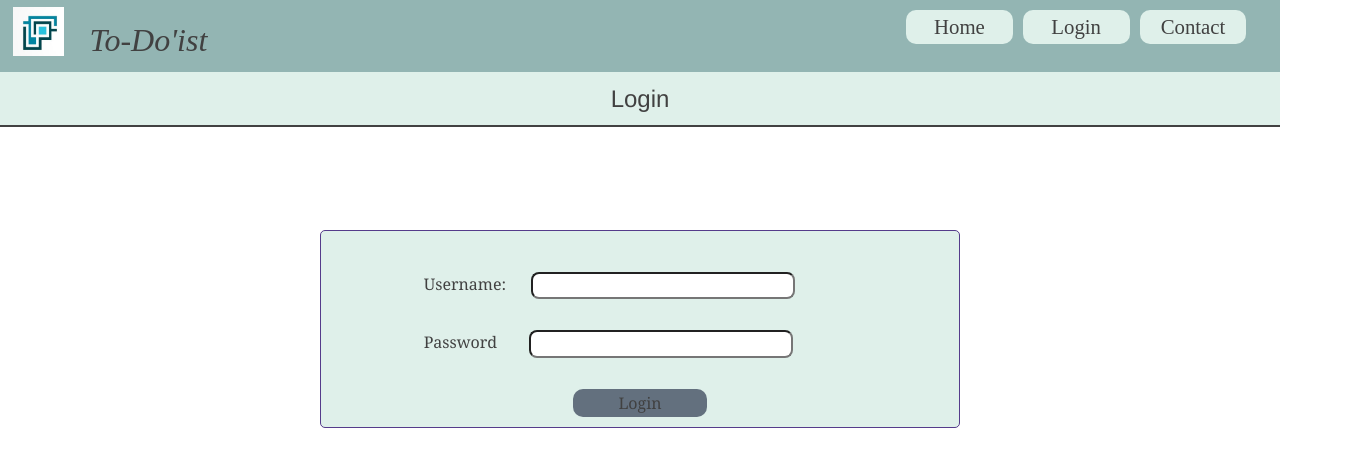
Repository: tavisca-pkadam/Todo-Website
Page: login_grid.html
An editor plug-in stored every save of this project. The page is shown before and after the next save, followed by the edit.
The browser window is 1280 px wide. The page is 1370 px wide, so the pictures cover 1370 px, including what lies to the right of the window. The pictures show the whole page.

Above is the page before, as saved 2019-08-22 12:36:21.

### login_grid.html
<!DOCTYPE html>
<html>
  <head>
    <meta charset="utf-8" />
    <meta http-equiv="X-UA-Compatible" content="IE=edge" />
    <title>Page Title</title>
    <meta name="viewport" content="width=device-width, initial-scale=1" />
    <link rel="stylesheet" type="text/css" media="screen" href="main2.css" />

    <link rel="import" href="components/header.html" />

    <!-- <script src='main.js'></script> -->
  </head>
  <body>
    <div class="grid-container">
      <div class="grid_header">
        <div id="head" class="header">
          <img id="company_logo" src="src/logo.jpg" width="5%" />
          <p id="todo_header"><i>To-Do'ist</i></p>

          <div class="links">
            <div>
              <a href="/home_grid.html">
                <div class="link_btn">Home</div>
              </a>
              <a href="/login_grid.html">
                <div class="link_btn">Login</div>
              </a>

              <a href="/contact.html">
                <div class="link_btn">Contact</div>
              </a>
            </div>
          </div>
        </div>
      </div>

      <div class="grid_main_content">
        <div class="account_content">
          <div class="account_head">
            Login
          </div>
          <div class="login">
            <center>
              <div id="login_user_input">
                Username:<input type="text" style="margin-left:5%;" />
              </div>
              <div id="login_password_input">
                Password<input type="password" style="margin-left:6.5%;" />
              </div>
              <div id="login_btn">
                Login
              </div>
            </center>
          </div>
        </div>
      </div>
      <div class="grid_footer"></div>
    </div>
  </body>
</html>

### main2.css
.header {
    background-color:#93b5b3;
    grid-column: 1/5;
    position: relative;
    width: 100vw;
    height: 10vh;
    margin: 0%;
    /* border-bottom: 2px double black; */
    font-family: fantasy;
  }

  input {
    border-radius: 8px;
    width: 20vw;
    height: 3vh;
  }

  body {
      font-family: Cambria, Cochin, Georgia, Times, 'Times New Roman', serif;
      margin: 0%;
      color: #414141;
  }
  a {
    color: #414141;
    text-decoration: none;
  }

  #company_logo {
    position: absolute;
    left: 1%;
    width: 4%;
    margin-top: 1vh;
  }

  #todo_header {
    font-size: 2em;
    position: absolute;
    width: 100%;
    left: 7%;
    padding-bottom: 7%;
    /* text-align: left; */
    top: -10px;
    /* right: 45%; */
  }

  .side_nav {
    margin-top:2%;
    /* position: fixed; */
    width: 100%;
    background-color: #dff0ea;
    height: 88vh;
  }

  .side_btn {
    padding-top: 8%;
    text-align: center;
    width: 98%;
    height:8%;
    position: relative;
    background-color: #dff0ea;
    /* margin-top: 50%; */
    font-size: 1.3rem;
    border-width: 0px 5px 1px 0px;
    border-style: solid;
    border-color: #63707e;
  }


  .side_btn:hover {
    /* left:-5%; */
    background-color: #c8dad3;
    border-color: #63707e;
    border-style: solid;
    transition: linear;
    cursor: pointer;

  }

  .modal_header{
      background-color: #c8dad3;
      height: 15%;
      padding-top: 1%;
      line-height: 1.3rem;
      font-size: 1.2rem;
  }

  .todo_content {
    position: relative;
    /* left: 5%; */
    /* width: 85%; */
    /* background-color: aquamarine; */
    height: 78vh;
  }

  #todo_add_modal{
      border-radius: 10px;
      border-style: solid;
      border-color: #553c8b;
      visibility: hidden;
      position: absolute;
      height: 20vh;
      left: 20vw;
      width: 50%;
      margin-top:8%;
      text-align: center;
      background-color: #f2f6f5;
      z-index: 10;
  }

  #todo_add_modal_input {
      margin: 2% 10%;
      /* background-color: aquamarine; */
      width: 80%;
  }
  #todo_add_modal_add_btn{
      margin: 2% 45%;
      background-color: #ccc1ff;
      cursor: pointer;

  }
  #todo_add_modal_add_btn:hover {
    background-color: #c8dad3;

  }

  #todo_content_head {
    border: 1px;
    position: relative;
    /* background-color: deepskyblue; */
    padding: 5px;
    width: 60%;
    height: 6vh;
    border-radius: 20px;
    left: 20%;
    top: 5%;

    border-width: 1px;
    border-style: solid;
    border-color: #553c8b;
  }

  .search_button {

    text-align: center;
    background-color: #dff0ea;
    border-radius: 5px;
    padding: 0.5%;
    cursor: pointer;

  }

  #todo_content_head_search_input{
      position: absolute;
      left:5%;
      margin-top: 10px;

  }

  #todo_content_head_search_btn{
      position: absolute;
      left:50%;
      margin-top: 10px;
      width: 15%;
      background-color: #dff0ea;
  }

  #todo_content_head_search_btn:hover {
    background-color: #c8dad3;

  }

  #todo_content_search {
    position: absolute;
    /* background-color: darksalmon; */
    padding: 0.5%;
    margin-left: 4%;
    padding-left: 2%;
    padding-right: 4%;
    left: 6vw;
    border-radius: 2px;
    /* border-width: 1px; */
    /* border-style: solid; */
    margin: 3px;

    border-color: #553c8b;
  }
  #todo_content_add {
    position: absolute;
    background-color: #dff0ea;
    left: 70%;
    /* top: 10px; */
    width: 15%;
    margin-top: 10px;
  }

  #todo_content_add:hover{
    background-color: #c8dad3;

  }

  #todo_list {
    /* background-color: mediumslateblue; */
    position: relative;
    width: 80%;
    left: 10%;
    top: 10%;
    height: 55vh;
    border-radius: 15px;
    padding: 3px;
    padding-left: 8px;

    border-width: 1px;
    border-style: solid;
    border-color: #553c8b;

    overflow-y:scroll;
    scroll-behavior: smooth;


  }

  .todo_item {
    margin: 5px;
    margin-top: 15px;
  }

  .todo_edit_btn {
    position: absolute;
    text-align: center;
    padding: 3px 10px;
    width: 7%;
    background-color: #dff0ea;
    margin-left: 75%;
    border-radius: 5px;
    cursor: pointer;
  }


  .todo_edit_btn:hover{
    background-color: #c8dad3;
  }

  .todo_remove_btn {
    text-align: center;
    padding: 3px 10px;
    width: 7%;
    background-color: #dff0ea;
    margin-left: 88%;
    border-radius: 5px;
    cursor: pointer;

  }

  .todo_remove_btn:hover{
    background-color: #c8dad3;
  }

  .todo_detail {
    width: 70%;

    position: absolute;
    padding: 2px;
    padding-left: 1%;

    border-bottom: 6px solid;
    border-left: 6px solid;
    border-width: 1px;
    border-color: #553c8b;
  }

  .links {
    position: relative;
    width: 30%;
    float: right;
    /* font-family: 'Lucida Sans', 'Lucida Sans Regular', 'Lucida Grande', 'Lucida Sans Unicode', Geneva, Verdana, sans-serif */
    font-size: 1.3rem;
  }

  .link_btn {
    float: left;
    padding: 5px 15px;
    background-color: #dff0ea;
    width: 20%;
    border-radius: 10px;
    margin-left:10px;
    margin-top:10px;
    text-align: center;
  }

  .link_btn:hover {
    background-color: #c8dad3;

  }


  #link_btn_home {
    margin-left: 0%;
  }

  #link_btn_a {
    margin-left: 30%;
  }

  #link_btn_b {
    margin-left: 60%;
  }

  /* Login */

  .login {
    padding: 10px;
    margin: 25%;
    margin-top: 8%;
    border-radius: 5px;
    border-color: #553c8b;
    border-width: 1px;
    border-style: solid;
    background-color: #dff0ea;
  }

  #login_user_input {
    margin: 5%;
    text-align: left;
    padding-left:10%;
  }

  #login_password_input {
    margin: 5%;
    text-align: left;
    padding-left:10%;

  }

  .grid-container {
    grid-template-areas:
      "header header header header header"
      "main_content main_content main_content main_content main_content"
      "main_content main_content main_content main_content main_content"
      "main_content main_content main_content main_content main_content"
      "main_content main_content main_content main_content main_content"
      "footer footer footer footer footer";
    display: grid;
    /* background-color: #2196F3; */
  }

  .grid_header {
    height: 9vh;
    grid-area: header;
    /* background-color: aquamarine; */
  }

  .grid_side_nav {
    height: 89vh;
    width: 20vw;
    grid-area: side_nav;
    /* background-color: red; */
  }

  .grid_main_content {
    height: 79vh;
    width: 100vw;
    grid-area: main_content;
    /* background-color: blueviolet; */
  }

  .grid_footer {
    height: 4vh;
    width: 80vw;
    grid-area: footer;
  }


  /* AccountDetails */

  .account_content{
      /* background-color: burlywood; */
      margin-top: 7px;
  }

  .account_head{
      /* background-color: coral; */
      text-align: center;
      font-family: 'Franklin Gothic Medium', 'Arial Narrow', Arial, sans-serif;
      font-size: 1.5rem;
      padding: 1%;
      background-color: #dff0ea;
      border-style: solid;
      border-width: 0px 0px 2px 0px;
      border-color:  #414141;
    }

  .account_details_header{
      font-family: 'Franklin Gothic Medium', 'Arial Narrow', Arial, sans-serif;
      font-size: 1.2rem;
      padding-left:2%;
      margin-top:2%;
  }

  .account_details{
      font-family: 'Courier New', Courier, monospace;
      line-height: 1.2rem;
      /* background-color: greenyellow; */
      padding-left: 10%;
  }

  .detail_name{
    width: 50%;
    position: relative;
    float: left;
  }

  .detail_input{
    width: 10%;
    position: static;
  }

  #save_button {
    width:5%;
    top:20vh;
    background-color: #dff0ea;
    border-radius: 5px;
    text-align: center;
    padding: 0.5% 2%;
    position: fixed;
    right:5%;
  }

  #save_button:hover {
    background-color: #c8dad3;
  }

  .home{
      padding:20px;
      font-size: 1.2rem;
  }

  .card{
      padding:6%;
      margin-top:1vh;
      /* background-color: #c8dad3; */
      width: 20vw;
      float:left;
  }

  .card_head{
      padding: 8%;
      background-color: #93b5b3
  }

  .card_content{
      padding:  8%;
      background-color: #dff0ea;
  }


#login_btn{
    background-color: #63707e;
    width: 20%;
    padding: 3px 5px;
    border-radius:10px;
  }

After the next save:
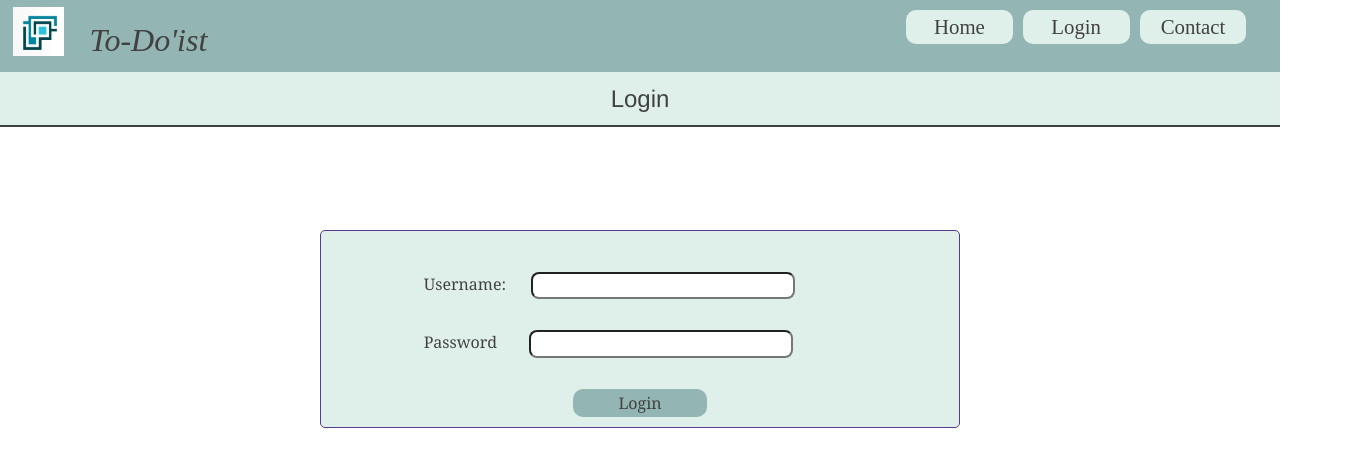
Saved 9 s later.
--- a/main2.css
+++ b/main2.css
@@ -454,7 +454,7 @@
 
 
 #login_btn{
-    background-color: #63707e;
+    background-color: #93b5b3;
     width: 20%;
     padding: 3px 5px;
     border-radius:10px;

After the 4 saves that followed:
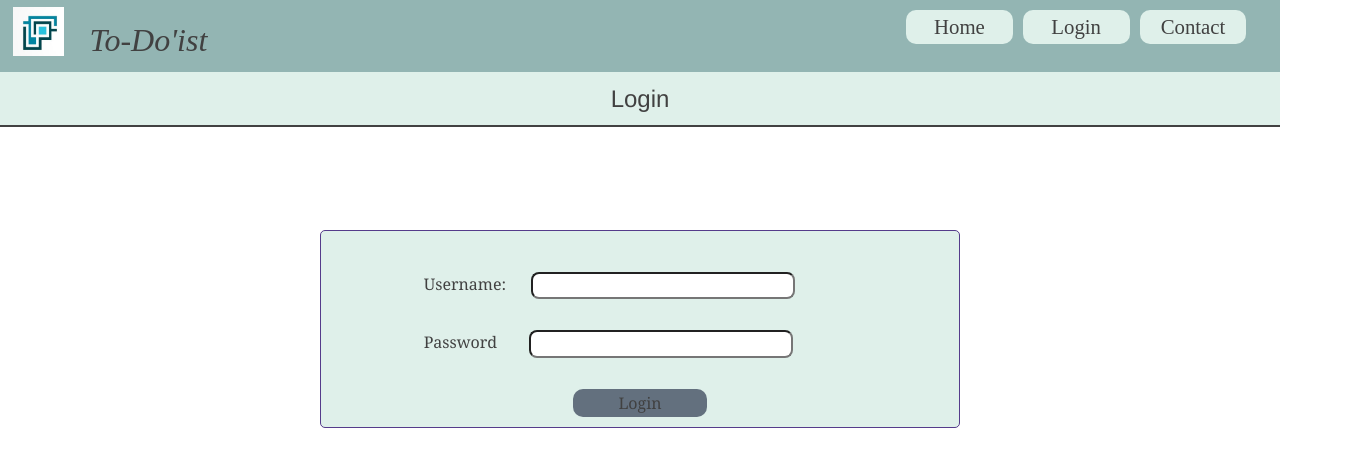
The 4 saves are shown as one change because they came seconds apart.
The last was saved 14 s later.
--- a/main2.css
+++ b/main2.css
@@ -459,3 +459,9 @@
     padding: 3px 5px;
     border-radius:10px;
   }
+
+
+#login_btn{
+    background-color: #63707e;
+
+  }
